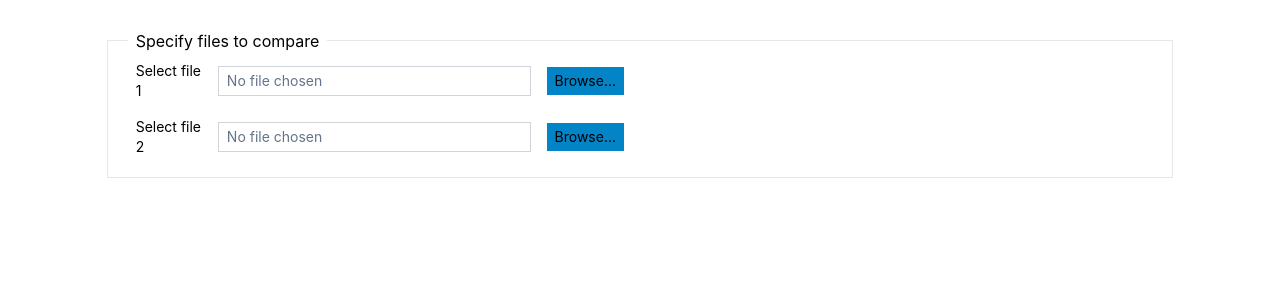
Repository: chionye/paymentology-front
Page: /
An editor plug-in stored every save of this project. The page is shown before and after a run of saves, followed by the edit.
The browser window is 1280 px wide. The pictures show the whole page.
The project was rebuilt for these pictures with package versions that can differ from the ones it lists, and the page was loaded fresh each time.

Above is the page before, as saved 2022-03-16 13:23:08.

After the next 4 saves:
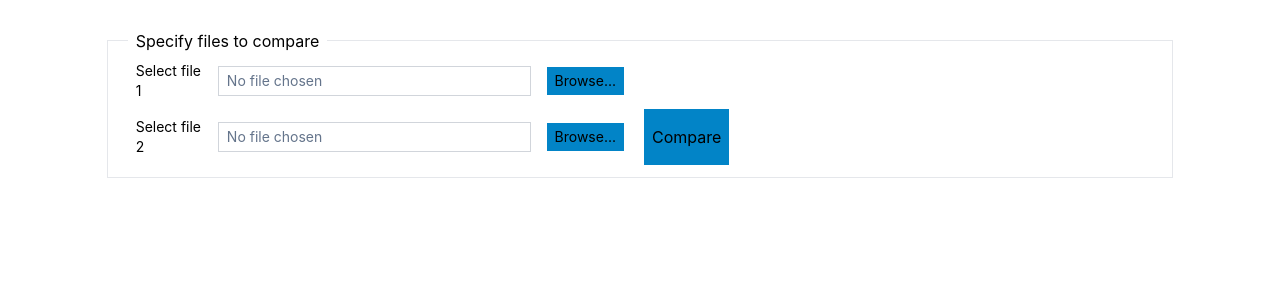
The 4 saves are shown as one change because 1 did not build or start and some came seconds apart.
The last was saved 14 s later.
--- a/src/components/Section.js
+++ b/src/components/Section.js
@@ -8,6 +8,7 @@ const Section = () => {
             <InputFile file={"Select file 1"} />
             <div className="flex flex-row">
             <InputFile file={"Select file 2"} />
+            <Button label={"Compare"} />
             </div>
 
         </div>
